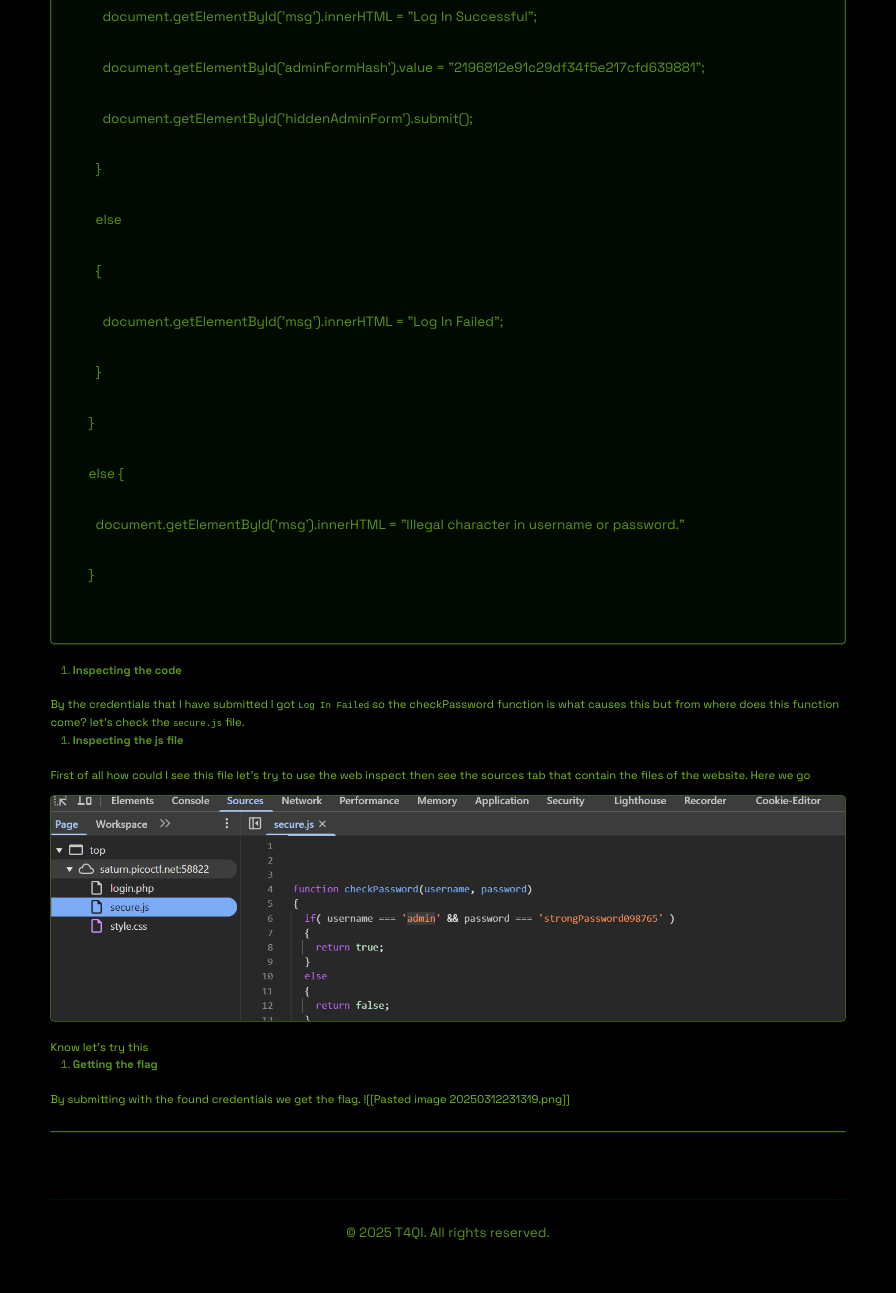
Repository: mohamedsoliman-tq/Website
Page: blogs/picoCTF/localauth.html
An editor plug-in stored every save of this project. The page is shown before and after a run of saves, followed by the edit.
The browser window is 1280 px wide. The pictures show the part of the page from y = 3876 to 5796 px (the page is 5723 px tall before and 5796 px after), at 70% of full size.

Above is the page before, as saved 2025-03-13 00:14:54.

### blogs/picoCTF/localauth.html
<!DOCTYPE html>
<html>
<head>
    <meta charset="UTF-8">
    <meta name="viewport" content="width=device-width, initial-scale=1.0">
    <title>Converted Markdown</title>
    <style>

    @import url('https://fonts.googleapis.com/css2?family=Space+Grotesk:wght@300;400;700&display=swap');

    :root {
        --primary-black: #000000;
        --green-accent: #78BE20;
        --dark-green: #5a9419;
    }

    * {
        margin: 0;
        padding: 0;
        box-sizing: border-box;
        font-family: 'Space Grotesk', sans-serif;
    }

    body {
        background-color: var(--primary-black);
        color: var(--green-accent);
        line-height: 1.6;
    }

    .container {
        max-width: 1200px;
        margin: 0 auto;
        padding: 2rem;
    }

    .section {
        padding: 4rem 0;
        border-bottom: 1px solid #001a00;
    }

    /* Navigation Styles */
    nav {
        background: rgba(0, 0, 0, 0.95);
        padding: 1rem;
        position: sticky;
        top: 0;
        border-bottom: 2px solid var(--green-accent);
        z-index: 100;
    }

    nav ul {
        display: flex;
        justify-content: space-around;
        list-style: none;
    }

    nav a {
        color: var(--green-accent);
        text-decoration: none;
        padding: 0.5rem 1rem;
        transition: all 0.3s;
    }

    nav a:hover {
        color: var(--dark-green);
        text-shadow: 0 0 10px var(--green-accent);
    }

    /* Hero Section Styles */
    .hero {
        text-align: center;
        padding: 4rem 0;
        background: linear-gradient(45deg, var(--primary-black), #001100);
    }

    h1, h2, h3, h4, h5, h6 {
        color: var(--green-accent);
        margin-bottom: 1rem;
    }

    h1 {
        font-size: 3.5rem;
        text-shadow: 0 0 15px var(--green-accent);
    }

    h2 {
        font-size: 2.5rem;
    }

    p {
        color: var(--dark-green);
        font-size: 1.2rem;
        margin-bottom: 1rem;
    }

    /* Code blocks */
    pre {
        background: #000a00;
        padding: 1.5rem;
        border-radius: 5px;
        border: 1px solid var(--green-accent);
        overflow-x: auto;
        margin: 1.5rem 0;
    }

    code {
        font-family: monospace;
        color: var(--green-accent);
    }

    /* List styling */
    ul, ol {
        margin-left: 2rem;
        margin-bottom: 1.5rem;
        color: var(--dark-green);
    }

    li {
        margin-bottom: 0.5rem;
    }

    /* Links */
    a {
        color: var(--green-accent);
        text-decoration: none;
        transition: all 0.3s;
    }

    a:hover {
        color: var(--dark-green);
        text-shadow: 0 0 10px var(--green-accent);
    }

    .read-more {
        display: inline-block;
        margin-top: 10px;
        padding: 8px 12px;
        font-size: 1rem;
        font-weight: bold;
        color: var(--green-accent);
        text-decoration: none;
        border: 1px solid var(--green-accent);
        border-radius: 5px;
        transition: all 0.3s ease;
    }

    .read-more:hover {
        background-color: var(--green-accent);
        color: var(--primary-black);
        box-shadow: 0 0 10px var(--green-accent);
    }

    /* Images */
    img {
        max-width: 100%;
        border: 1px solid var(--green-accent);
        border-radius: 5px;
        margin: 1rem 0;
    }

    /* Horizontal rule */
    hr {
        border: none;
        height: 1px;
        background-color: var(--green-accent);
        margin: 2rem 0;
    }

    /* Responsive adjustments */
    @media (max-width: 768px) {
        h1 {
            font-size: 2.5rem;
        }

        .container {
            padding: 1rem;
        }

        .section {
            padding: 2rem 0;
        }
    }

    footer {
        text-align: center;
        padding: 2rem;
        color: var(--green-accent);
    }

    </style>
</head>
<body>
    <nav>
        <ul>
            <li><a href="/">Home</a></li>
            <li><a href="/Projects.html">Projects</a></li>
            <li><a href="/Blogs.html">Blog</a></li>
        </ul>
    </nav>
    <div class="container">
<div class="section" id="local-authority---write-up"><h1>Local Authority - Write-Up</h1>

<p><strong>Date:</strong> 12/03/2025  </p>
<p><strong>Challenge Category:</strong> #Web-Security</p>
<p>Platform: #picoCTF </p>
<p><strong>Difficulty:</strong> #Easy</p>
<p><strong>Status:</strong> #Solved </p>

<hr>
</div><div class="section" id="problem-description"><h2>Problem Description</h2>

<p>*Can you get the flag?</p>
<p>Go to this <a href="http://saturn.picoctf.net:58822/" class="read-more">website</a> and see what you can discover.*</p>

<p>- <strong>Target:</strong> http://saturn.picoctf.net:58822/</p>
<p>- <strong>Goal:</strong> extract a flag</p>
<p>- <strong>Initial Observations:</strong> A simple login page let's see what does it hide</p>

<hr>

</div><div class="section" id="tools-used"><h2>Tools Used</h2>

<p>- Burp Suite</p>
<p>- Web Inspect</p>

<hr>

</div><div class="section" id="solution-steps"><h2>Solution Steps</h2>


<ol>
  <li><strong>Let's random data then see what we get</strong></li>
</ol>
   I tried <code>ssss, 1234</code> and got <code>Log In Failed</code><img src="pics/la1.png">

<ol>
  <li><strong>Let's see the request in Burp Suite and learn how the credentials is dealt with</strong></li>
</ol>
   Intercept the request then pass it to the repeater. You can see one Java script file called <code>secure.js</code>
   <img src="pics/la2.png">
   and the script that checks the username and password and validates the credentials
   <pre><code>js     function filter(string) {
        filterPassed = true;
        for (let i =0; i < string.length; i++){
          cc = string.charCodeAt(i);

<p>          if ( (cc >= 48 && cc <= 57) ||</p>
<p>               (cc >= 65 && cc <= 90) ||</p>
<p>               (cc >= 97 && cc <= 122) )</p>
<p>          {</p>
<p>            filterPassed = true;     </p>
<p>          }</p>
<p>          else</p>
<p>          {</p>
<p>            return false;</p>
<p>          }</p>
<p>        }</p>

<p>        return true;</p>
<p>      }</p>

<p>      window.username = "ssss";</p>
<p>      window.password = "1234";</p>

<p>      usernameFilterPassed = filter(window.username);</p>
<p>      passwordFilterPassed = filter(window.password);</p>

<p>      if ( usernameFilterPassed && passwordFilterPassed ) {</p>

<p>        loggedIn = checkPassword(window.username, window.password);</p>

<p>        if(loggedIn)</p>
<p>        {</p>
<p>          document.getElementById('msg').innerHTML = "Log In Successful";</p>
<p>          document.getElementById('adminFormHash').value = "2196812e91c29df34f5e217cfd639881";</p>
<p>          document.getElementById('hiddenAdminForm').submit();</p>
<p>        }</p>
<p>        else</p>
<p>        {</p>
<p>          document.getElementById('msg').innerHTML = "Log In Failed";</p>
<p>        }</p>
<p>      }</p>
<p>      else {</p>
<p>        document.getElementById('msg').innerHTML = "Illegal character in username or password."</p>
<p>      }</p>
<p></code></pre></p>

<ol>
  <li><strong>Inspecting the code</strong></li>
</ol>
   By the credentials that I have submitted I got <code>Log In Failed</code> so the checkPassword function is what causes this but from where does this function come? let's check the <code>secure.js</code> file.
<ol>
  <li><strong>Inspecting the js file</strong></li>
</ol>
   First of all how could I see this file let's try to use the web inspect then see the sources tab that contain the files of the website. Here we go
   <img src="pics/la3.png">
   Know let's try this
<ol>
  <li><strong>Getting the flag</strong></li>
</ol>
   By submitting with the found credentials we get the flag.
   ![[Pasted image 20250312231319.png]]

<hr>
</div>
        <footer>
        <p>© 2025 T4QI. All rights reserved.</p>
    </footer>
    </div>
</body>
</html>

After the next 2 saves:
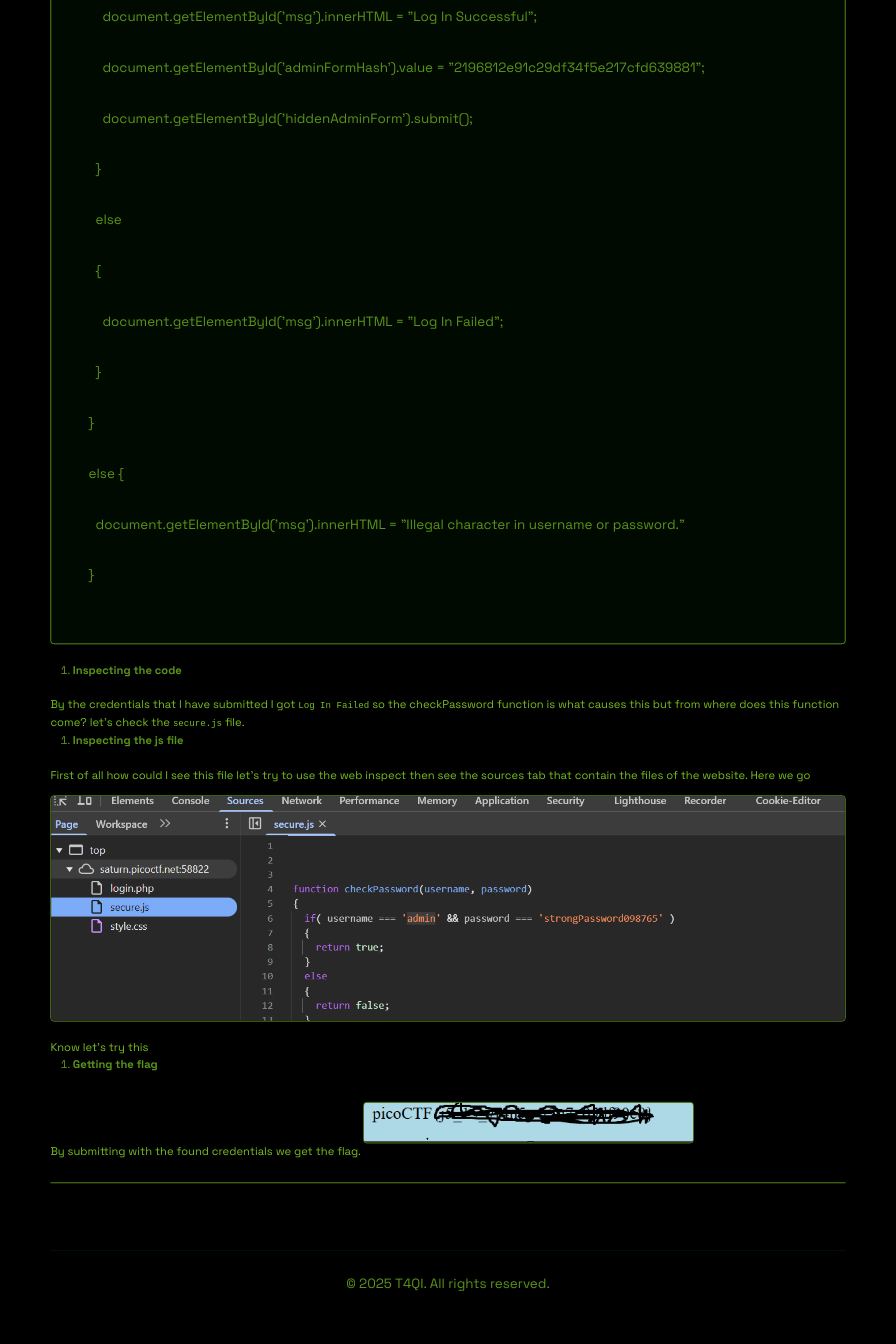
The 2 saves are shown as one change because they came seconds apart.
The last was saved 8 s later.
--- a/blogs/picoCTF/localauth.html
+++ b/blogs/picoCTF/localauth.html
@@ -299,7 +299,7 @@
   <li><strong>Getting the flag</strong></li>
 </ol>
    By submitting with the found credentials we get the flag.
-   ![[Pasted image 20250312231319.png]]
+   <img src="pics/la4.png">
 
 <hr>
 </div>
